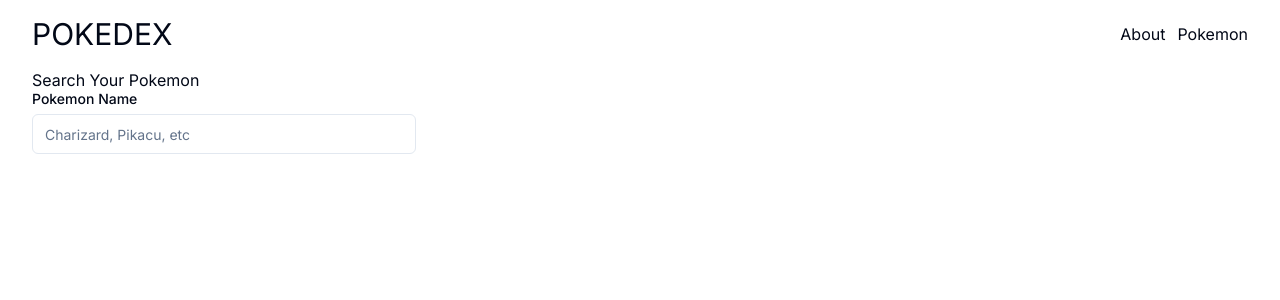
Repository: KilluaProject/pokedex
Page: /
These files come from the project's save history. The page is drawn as it stood at one moment and after the next save; the edit follows.
The browser window is 1280 px wide. The pictures show the whole page.
The project was rebuilt for these pictures with package versions that can differ from the ones it lists, and the page was loaded fresh each time. The framework's server and built-in components were replaced by stand-ins that run in the browser. Also part of the build but not shown: next.config.js.

Above is the page before, as saved 2023-07-01 16:24:22.

After the next save:
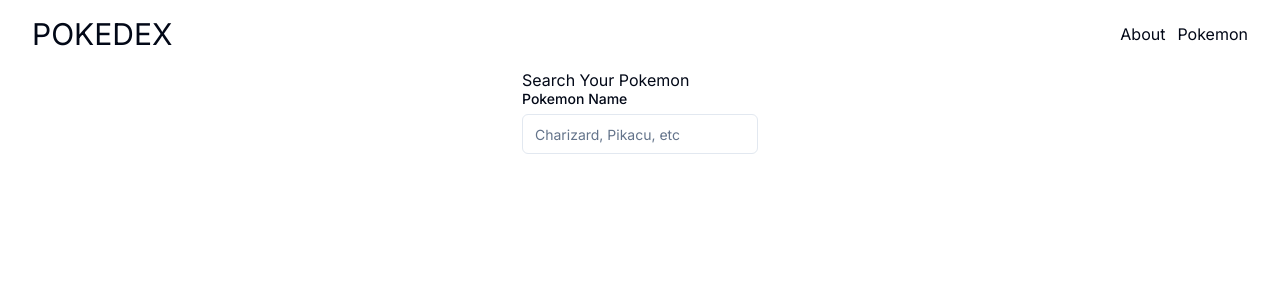
Saved 6 s later.
--- a/app/page.tsx
+++ b/app/page.tsx
@@ -4,7 +4,7 @@
 
 export default function Home() {
   return (
-    <main className="container mx-auto flex flex-col justify-center">
+    <main className="container mx-auto flex flex-col justify-center items-center">
       <PokemonGrid/>
     </main>
   )
